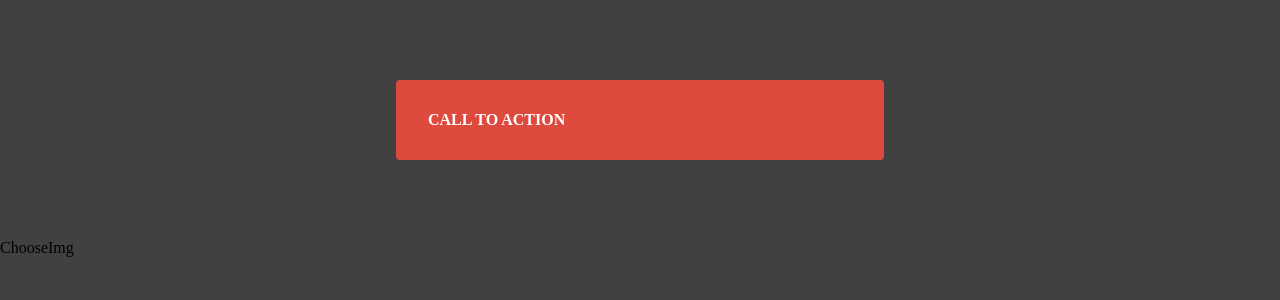
Repository: fdhhhdjd/React-Witth-Framer-Motion
Page: /
An editor plug-in stored every save of this project. The page is shown before and after the next save, followed by the edit.
The browser window is 1280 px wide. The pictures show the whole page.
The project was rebuilt for these pictures with package versions that can differ from the ones it lists, and the page was loaded fresh each time. Also part of the build but not shown: src/App.css.

Above is the page before, as saved 2021-10-11 20:42:16.

After the next save:
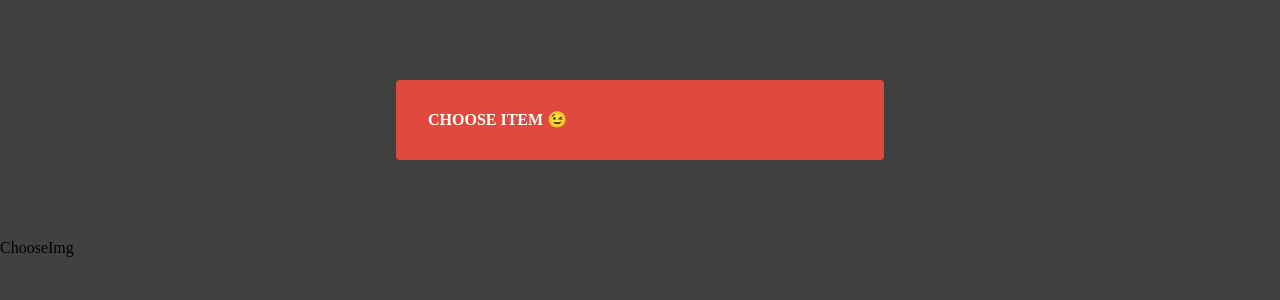
Saved 29 s later.
--- a/src/Page/Dropdown/Dropdown.js
+++ b/src/Page/Dropdown/Dropdown.js
@@ -31,7 +31,7 @@ const Dropdown = () => {
   return (
     <div class="dropdown">
       <div class="dropdown__select">
-        <span class="dropdown__selected">Call to action</span>
+        <span class="dropdown__selected">{select}</span>
         <i class="fa fa-caret-down dropdown__caret"></i>
       </div>
       <ul class="dropdown__list">
